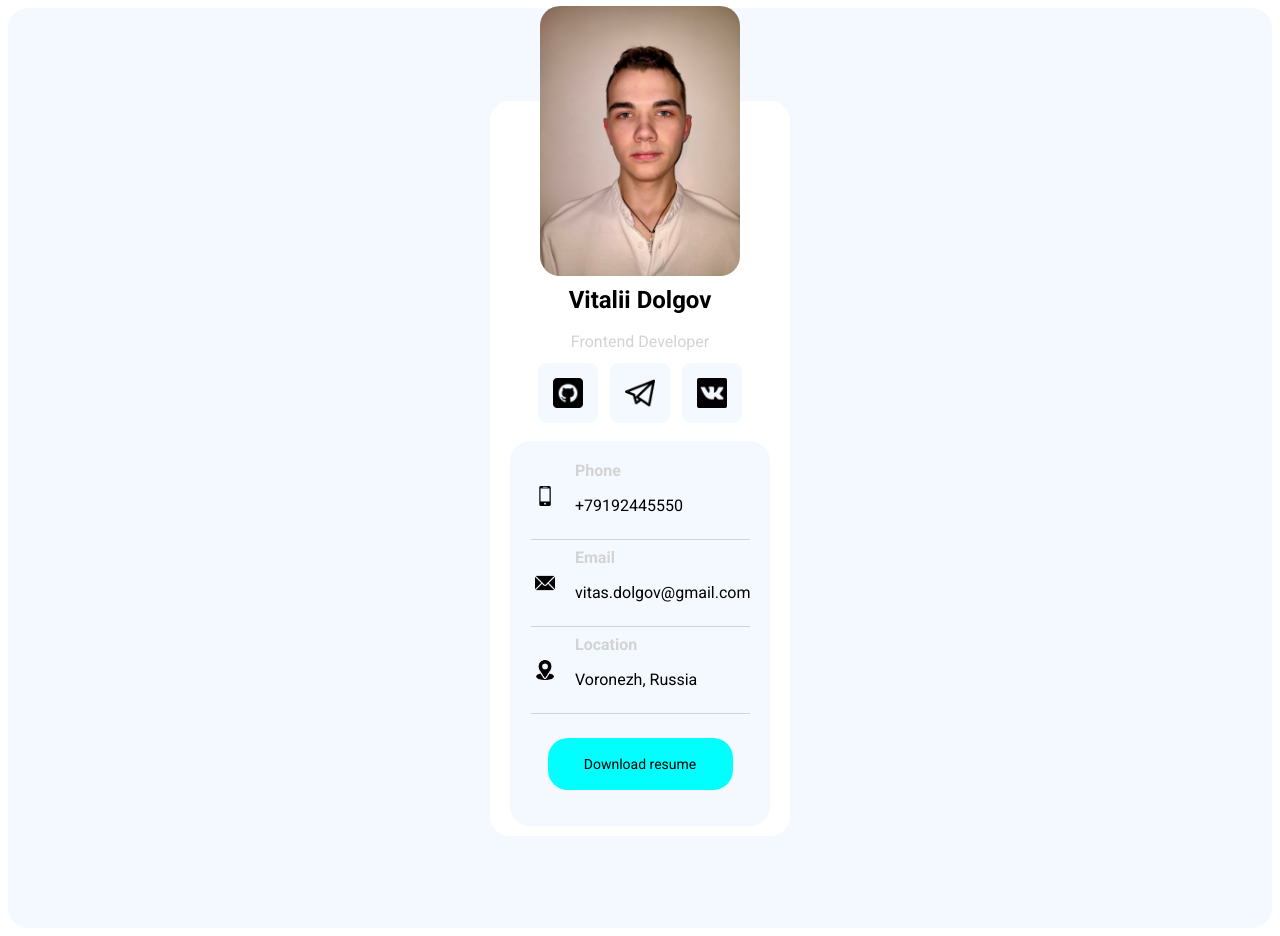
Repository: VitasYo/User_card
Page: src/index.html
These files come from the project's save history. The page is drawn as it stood at one moment and after a run of saves; the edit follows.
The browser window is 1280 px wide. The pictures show the whole page.

Above is the page before, as saved 2024-04-10 00:42:43.

After the next 3 saves:
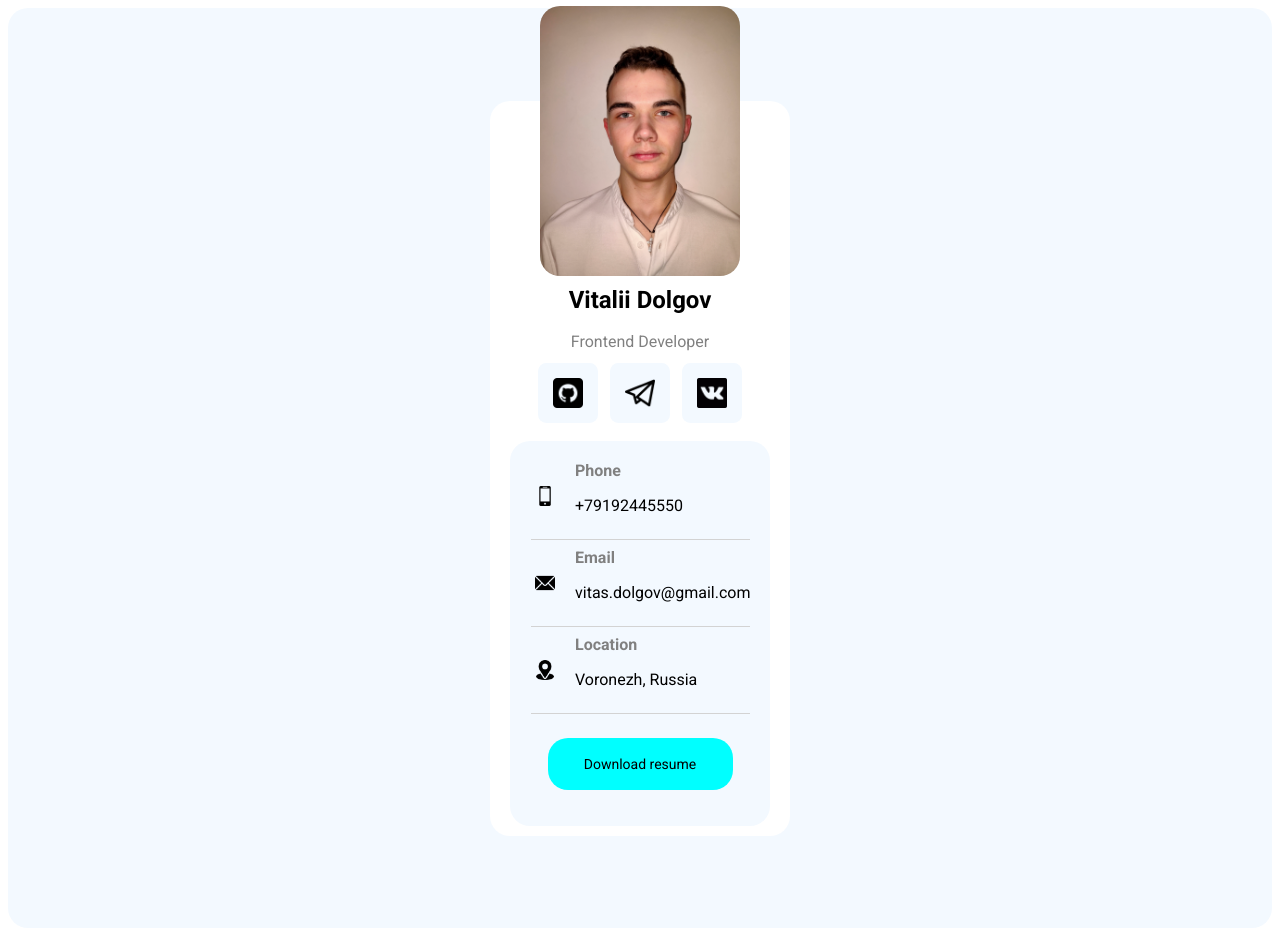
The 3 saves are shown as one change because they came seconds apart.
The last was saved 8 s later.
--- a/assets/css/index.css
+++ b/assets/css/index.css
@@ -11,7 +11,7 @@
 .container h4 {
   margin-top: 0;
   margin-bottom: 0;
-  color: lightgrey;
+  color: gray;
 }
 
 .container {
@@ -34,7 +34,7 @@
 }
 
 .position {
-  color: lightgrey;
+  color: gray;
   margin-top: 8px;
 }
 
